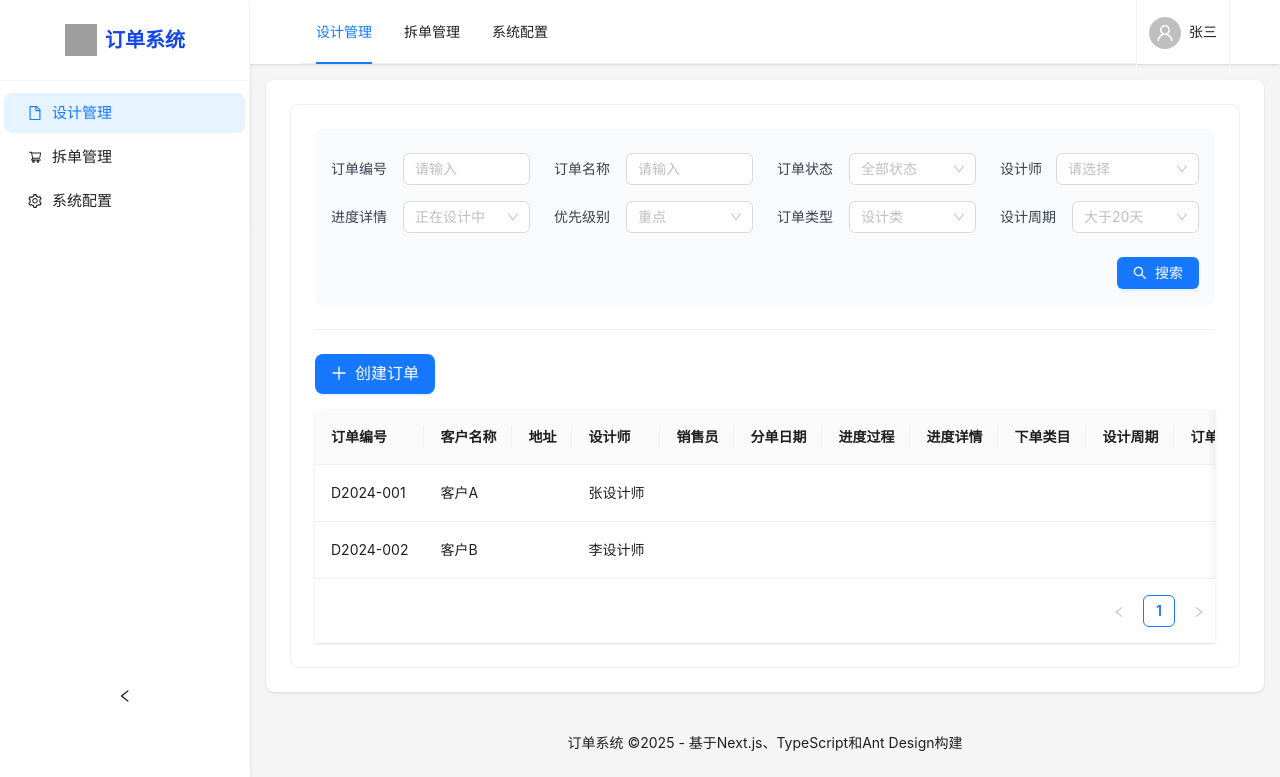
Repository: Garyxiwang/order_system
Page: /design (app in front/)
An editor plug-in stored every save of this project. The page is shown before and after the next save, followed by the edit.
The browser window is 1280 px wide. The pictures show the whole page.
Pictures or frames that could not be fetched are drawn as grey boxes. The project was rebuilt for these pictures with package versions that can differ from the ones it lists, and the page was loaded fresh each time. The framework's server and built-in components were replaced by stand-ins that run in the browser. Also part of the build but not shown: front/next.config.js, front/next.config.ts.

Above is the page before, as saved 2025-08-04 15:03:42.

### front/src/app/layout.tsx
import type { Metadata } from "next";
import { Geist, Geist_Mono } from "next/font/google";
import "./globals.css";

const geistSans = Geist({
  variable: "--font-geist-sans",
  subsets: ["latin"],
});

const geistMono = Geist_Mono({
  variable: "--font-geist-mono",
  subsets: ["latin"],
});

export const metadata: Metadata = {
  title: "订单系统",
  description: "基于Next.js、TypeScript和Ant Design构建的订单系统",
};

import AppLayout from '@/components/layout/AppLayout';

export default function RootLayout({
  children,
}: Readonly<{
  children: React.ReactNode;
}>) {
  return (
    <html lang="zh-CN">
      <body
        className={`${geistSans.variable} ${geistMono.variable} antialiased`}
      >
        <AppLayout>
          {children}
        </AppLayout>
      </body>
    </html>
  );
}

### front/src/app/design/page.tsx
"use client";

import React, { useState } from "react";
import {
  Typography,
  Card,
  Table,
  Button,
  Space,
  Input,
  Select,
  Row,
  Col,
  Divider,
} from "antd";
import { SearchOutlined, PlusOutlined } from "@ant-design/icons";

const { Title } = Typography;
const { Option } = Select;

const DesignPage: React.FC = () => {
  const [activeTab, setActiveTab] = useState("1");
  const [selectedDesign, setSelectedDesign] = useState<string | null>(null);

  // 模拟设计页数据
  const designData = [
    {
      key: "1",
      designNumber: "D2024-001",
      customerName: "客户A",
      productName: "产品X",
      designer: "张设计师",
      status: "进行中",
      createTime: "2024-06-20",
      previewImage: "/file.svg", // 使用已有的图片
    },
    {
      key: "2",
      designNumber: "D2024-002",
      customerName: "客户B",
      productName: "产品Y",
      designer: "李设计师",
      status: "已完成",
      createTime: "2024-06-18",
      previewImage: "/globe.svg", // 使用已有的图片
    },
  ];

  const columns = [
    {
      title: "订单编号",
      dataIndex: "designNumber",
      key: "designNumber",
    },
    {
      title: "客户名称",
      dataIndex: "customerName",
      key: "customerName",
    },
    {
      title: "地址",
      dataIndex: "address",
      key: "customerName",
    },
    {
      title: "设计师",
      dataIndex: "designer",
      key: "designer",
    },
    {
      title: "销售员",
      dataIndex: "salesperson",
      key: "salesperson",
    },
    {
      title: "分单日期",
      dataIndex: "splitTime",
      key: "splitTime",
    },
    {
      title: "进度过程",
      dataIndex: "progress",
      key: "progress",
    },
    {
      title: "进度详情",
      dataIndex: "progressDetail",
      key: "progressDetail",
    },
    {
      title: "下单类目",
      dataIndex: "category",
      key: "category",
    },
    {
      title: "设计周期",
      dataIndex: "cycle",
      key: "cycle",
    },
    {
      title: "订单状态",
      dataIndex: "state",
      key: "state",
    },
    {
      title: "订单类型",
      dataIndex: "orderType",
      key: "orderType",
    },
    {
      title: "备注",
      dataIndex: "remark",
      key: "remark",
    },
    {
      title: "操作",
      key: "action",
      render: (_: unknown, record: Record<string, string | number>) => (
        <Space size="middle">
          <Button type="link" size="small">
            编辑
          </Button>
          <Button type="link" size="small">
            更新进度
          </Button>
          <Button type="link" size="small">
            下单
          </Button>
        </Space>
      ),
    },
  ];

  return (
    <div>
      <Card variant="outlined" className="shadow-none">
        {/* 搜索和过滤区域 */}
        <div className="mb-6 bg-gray-50 p-4 rounded-lg">
          <Row gutter={24}>
            <Col span={6} className="py-2">
              <div className="flex items-center gap-2">
                <label className="whitespace-nowrap text-sm font-medium text-gray-700 min-w-16">
                  订单编号
                </label>
                <Input
                  placeholder="请输入"
                  className="rounded-md border-gray-200 flex-1"
                  size="middle"
                />
              </div>
            </Col>
            <Col span={6} className="py-2">
              <div className="flex items-center gap-2">
                <label className="whitespace-nowrap text-sm font-medium text-gray-700 min-w-16">
                  订单名称
                </label>
                <Input
                  placeholder="请输入"
                  className="rounded-md border-gray-200 flex-1"
                  size="middle"
                />
              </div>
            </Col>
            <Col span={6} className="py-2">
              <div className="flex items-center gap-2">
                <label className="whitespace-nowrap text-sm font-medium text-gray-700 min-w-16">
                  订单状态
                </label>
                <Select
                  placeholder="全部状态"
                  className="rounded-md flex-1"
                  size="middle"
                >
                  <Option value="all">全部状态</Option>
                  <Option value="inProgress">进行中</Option>
                  <Option value="completed">已完成</Option>
                </Select>
              </div>
            </Col>
            <Col span={6} className="py-2">
              <div className="flex items-center gap-2">
                <label className="whitespace-nowrap text-sm font-medium text-gray-700 min-w-12">
                  设计师
                </label>
                <Select
                  placeholder="请选择"
                  className="rounded-md flex-1"
                  size="middle"
                >
                  <Option value="designer1">设计师1</Option>
                  <Option value="designer2">设计师2</Option>
                </Select>
              </div>
            </Col>
            <Col span={6} className="py-2">
              <div className="flex items-center gap-2">
                <label className="whitespace-nowrap text-sm font-medium text-gray-700 min-w-16">
                  进度详情
                </label>
                <Select
                  placeholder="正在设计中"
                  className="rounded-md flex-1"
                  size="middle"
                >
                  <Option value="designing">正在设计中</Option>
                  <Option value="reviewing">审核中</Option>
                  <Option value="completed">已完成</Option>
                </Select>
              </div>
            </Col>
            <Col span={6} className="py-2">
              <div className="flex items-center gap-2">
                <label className="whitespace-nowrap text-sm font-medium text-gray-700 min-w-16">
                  优先级别
                </label>
                <Select
                  placeholder="重点"
                  className="rounded-md flex-1"
                  size="middle"
                >
                  <Option value="normal">普通</Option>
                  <Option value="important">重点</Option>
                  <Option value="urgent">紧急</Option>
                </Select>
              </div>
            </Col>
            <Col span={6} className="py-2">
              <div className="flex items-center gap-2">
                <label className="whitespace-nowrap text-sm font-medium text-gray-700 min-w-16">
                  订单类型
                </label>
                <Select
                  placeholder="设计类"
                  className="rounded-md flex-1"
                  size="middle"
                >
                  <Option value="design">设计类</Option>
                  <Option value="development">开发类</Option>
                  <Option value="consulting">咨询类</Option>
                </Select>
              </div>
            </Col>
            <Col span={6} className="py-2">
              <div className="flex items-center gap-2">
                <label className="whitespace-nowrap text-sm font-medium text-gray-700 min-w-16">
                  设计周期
                </label>
                <Select
                  placeholder="大于20天"
                  className="rounded-md flex-1"
                  size="middle"
                >
                  <Option value="short">小于10天</Option>
                  <Option value="medium">10-20天</Option>
                  <Option value="long">大于20天</Option>
                </Select>
              </div>
            </Col>
          </Row>
          <Row className="mt-4">
            <Col span={24} className="text-right">
              <Space>
                <Button
                  type="primary"
                  icon={<SearchOutlined />}
                  size="middle"
                  className="bg-blue-600 hover:bg-blue-700"
                >
                  搜索
                </Button>
              </Space>
            </Col>
          </Row>
        </div>
        <Divider className="my-4" />
        {/* 新增 */}
        <div className="flex justify-between items-center mb-4">
          <Button
            type="primary"
            icon={<PlusOutlined />}
            size="large"
            className="bg-blue-600 hover:bg-blue-700"
          >
            创建订单
          </Button>
        </div>

        {/* 表格区域 */}
        <Table
          columns={columns}
          dataSource={designData}
          bordered={false}
          pagination={{ pageSize: 10 }}
          className="shadow-sm"
          rowClassName="hover:bg-blue-50"
          scroll={{ x: "max-content" }}
        />
      </Card>
    </div>
  );
};

export default DesignPage;

### front/src/app/globals.css
@import "tailwindcss";
/* Ant Design 5.x不再需要全局导入CSS文件 */

:root {
  --background: #ffffff;
  --foreground: #171717;
}

@theme inline {
  --color-background: var(--background);
  --color-foreground: var(--foreground);
  --font-sans: var(--font-geist-sans);
  --font-mono: var(--font-geist-mono);
}

@media (prefers-color-scheme: dark) {
  :root {
    --background: #0a0a0a;
    --foreground: #ededed;
  }
}

body {
  background: var(--background);
  color: var(--foreground);
  font-family: Arial, Helvetica, sans-serif;
}

### front/src/components/layout/AppLayout.tsx
"use client";

import React, { useState } from "react";
import { Layout, Menu, Avatar, Dropdown, Button, Space } from "antd";
import type { MenuProps } from "antd";
import {
  UserOutlined,
  LogoutOutlined,
  BellOutlined,
  SettingOutlined,
} from "@ant-design/icons";
import SideMenu from "@/components/layout/SideMenu";
import AntdRegistry from "../AntdRegistry";
import { usePathname, useRouter } from "next/navigation";
import Link from "next/link";

const { Content, Footer, Sider, Header } = Layout;

interface AppLayoutProps {
  children: React.ReactNode;
}

const AppLayout: React.FC<AppLayoutProps> = ({ children }) => {
  const pathname = usePathname();
  const router = useRouter();
  const isLoginPage = pathname === "/login";

  // 模拟当前用户信息
  const [currentUser] = useState({
    name: "张三",
    avatar: "",
    role: "管理员",
  });

  // 处理退出登录
  const handleLogout = () => {
    // 实际项目中应该调用登出API，清除token等
    console.log("用户登出");
    router.push("/login");
  };

  // 用户下拉菜单项
  const userMenuItems: MenuProps["items"] = [
    // {
    //   key: "profile",
    //   icon: <UserOutlined />,
    //   label: "个人信息",
    // },
    // {
    //   key: "settings",
    //   icon: <SettingOutlined />,
    //   label: "账户设置",
    // },
    // {
    //   type: "divider",
    // },
    {
      key: "logout",
      icon: <LogoutOutlined />,
      label: "退出登录",
      onClick: handleLogout,
    },
  ];

  return (
    <AntdRegistry>
      {isLoginPage ? (
        <>{children}</>
      ) : (
        <Layout className="min-h-screen">
          <Layout>
            <Sider
              width={250}
              theme="light"
              className="min-h-screen shadow-md z-10 bg-gradient-to-b from-blue-50 to-white"
              breakpoint="lg"
              collapsible
            >
              <div className="flex items-center justify-center py-6 px-4 border-b border-gray-100">
                <div className="text-xl font-bold text-blue-700 flex items-center">
                  <img src="/globe.svg" alt="Logo" className="w-8 h-8 mr-2" />
                  <span>订单系统</span>
                </div>
              </div>
              <div className="py-2">
                <SideMenu />
              </div>
            </Sider>
            <Layout>
              <Header
                style={{ backgroundColor: "white" }}
                className="px-6 flex justify-between items-center shadow-sm h-16 sticky top-0 z-10"
              >
                <div className="flex-1">
                  <Menu
                    mode="horizontal"
                    selectedKeys={[pathname.split("/")[1] || ""]}
                    className="border-b-0 font-medium"
                    items={[
                      {
                        key: "design",
                        label: (
                          <Link
                            href="/design"
                            className="text-gray-700 hover:text-blue-600"
                          >
                            设计管理
                          </Link>
                        ),
                      },
                      {
                        key: "split",
                        label: (
                          <Link
                            href="/split"
                            className="text-gray-700 hover:text-blue-600"
                          >
                            拆单管理
                          </Link>
                        ),
                      },
                      {
                        key: "config",
                        label: (
                          <Link
                            href="/config"
                            className="text-gray-700 hover:text-blue-600"
                          >
                            系统配置
                          </Link>
                        ),
                      },
                    ]}
                  />
                </div>
                <div className="flex items-center">
                  {/* <Button
                    type="text"
                    icon={<BellOutlined className="text-lg" />}
                    className="mr-4 hover:bg-gray-100 h-10 w-10 flex items-center justify-center rounded-full"
                  /> */}
                  <Dropdown
                    menu={{ items: userMenuItems }}
                    placement="bottomRight"
                    arrow
                  >
                    <Space className="cursor-pointer px-3 py-2 rounded-md hover:bg-gray-100 border border-gray-100">
                      <Avatar icon={<UserOutlined />} className="bg-blue-500" />
                      <span className="font-medium">{currentUser.name}</span>
                    </Space>
                  </Dropdown>
                </div>
              </Header>
              <Content className="p-6 m-4 bg-white rounded-lg shadow-sm">
                {children}
              </Content>
              <Footer className="text-center text-gray-500 bg-transparent">
                订单系统 ©{new Date().getFullYear()} -
                基于Next.js、TypeScript和Ant Design构建
              </Footer>
            </Layout>
          </Layout>
        </Layout>
      )}
    </AntdRegistry>
  );
};

export default AppLayout;

### front/src/components/layout/SideMenu.tsx
'use client';

import React from 'react';
import { Menu } from 'antd';
import { FileOutlined, ShoppingCartOutlined, SettingOutlined, DashboardOutlined } from '@ant-design/icons';
import Link from 'next/link';
import { usePathname } from 'next/navigation';

const SideMenu: React.FC = () => {
  const pathname = usePathname();

  // 根据当前路径确定选中的菜单项
  const getSelectedKey = () => {
    if (pathname.startsWith('/design')) return ['design'];
    if (pathname.startsWith('/split')) return ['split'];
    if (pathname.startsWith('/config')) return ['config'];
    return [];
  };

  const menuItems = [
    {
      key: 'design',
      icon: <FileOutlined className="text-blue-600" />,
      label: <Link href="/design" className="text-gray-700 hover:text-blue-600 font-medium">设计管理</Link>,
    },
    {
      key: 'split',
      icon: <ShoppingCartOutlined className="text-blue-600" />,
      label: <Link href="/split" className="text-gray-700 hover:text-blue-600 font-medium">拆单管理</Link>,
    },
    {
      key: 'config',
      icon: <SettingOutlined className="text-blue-600" />,
      label: <Link href="/config" className="text-gray-700 hover:text-blue-600 font-medium">系统配置</Link>,
    },
  ];

  return (
    <Menu
      mode="inline"
      selectedKeys={getSelectedKey()}
      items={menuItems}
      className="border-r-0 bg-transparent"
      style={{ fontSize: '15px' }}
    />
  );
};

export default SideMenu;

### front/src/components/AntdRegistry.tsx
'use client';

import React from 'react';
import { createCache, extractStyle, StyleProvider } from '@ant-design/cssinjs';
import type Entity from '@ant-design/cssinjs/es/Cache';
import { useServerInsertedHTML } from 'next/navigation';

interface AntdRegistryProps {
  children: React.ReactNode;
}

const AntdRegistry = ({ children }: AntdRegistryProps) => {
  const cache = React.useMemo<Entity>(() => createCache(), []);

  useServerInsertedHTML(() => {
    return (
      <style
        id="antd"
        dangerouslySetInnerHTML={{ __html: extractStyle(cache, true) }}
      />
    );
  });

  return <StyleProvider cache={cache}>{children}</StyleProvider>;
};

export default AntdRegistry;

After the next save:
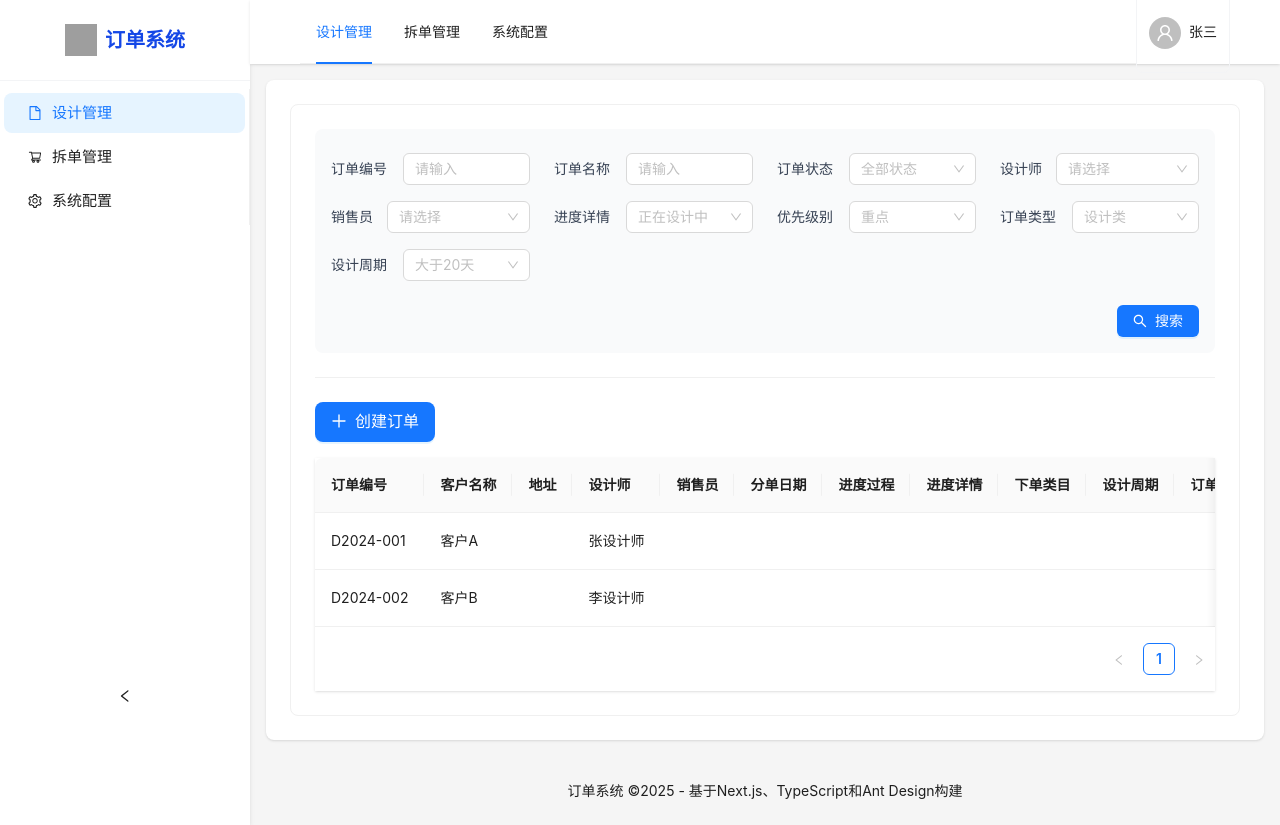
Saved 19 s later.
--- a/front/src/app/design/page.tsx
+++ b/front/src/app/design/page.tsx
@@ -194,6 +194,21 @@ const DesignPage: React.FC = () => {
             </Col>
             <Col span={6} className="py-2">
               <div className="flex items-center gap-2">
+                <label className="whitespace-nowrap text-sm font-medium text-gray-700 min-w-12">
+                  销售员
+                </label>
+                <Select
+                  placeholder="请选择"
+                  className="rounded-md flex-1"
+                  size="middle"
+                >
+                  <Option value="designer1">设计师1</Option>
+                  <Option value="designer2">设计师2</Option>
+                </Select>
+              </div>
+            </Col>
+            <Col span={6} className="py-2">
+              <div className="flex items-center gap-2">
                 <label className="whitespace-nowrap text-sm font-medium text-gray-700 min-w-16">
                   进度详情
                 </label>
